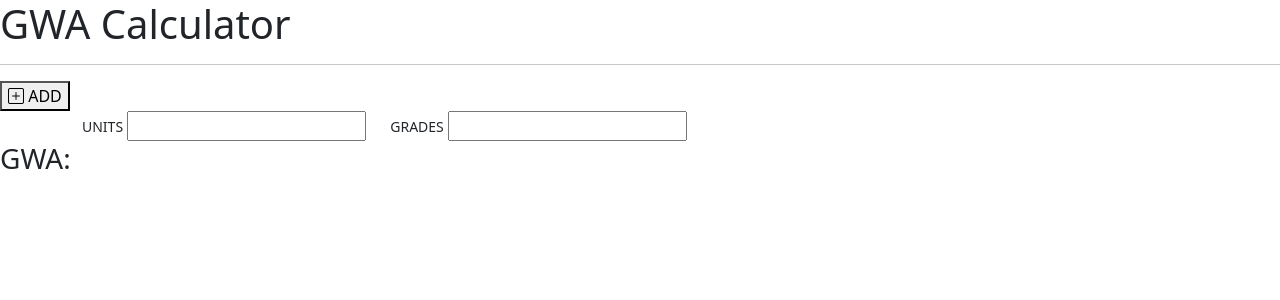
Repository: yonora/GWACalculator
Page: index.html
These files come from the project's save history. The page is drawn as it stood at one moment and after the next save; the edit follows.
The browser window is 1280 px wide. The pictures show the whole page.

Above is the page before, as saved 2025-01-04 22:51:31.

### index.html
<!DOCTYPE html>
<html lang="en">
<head>
    <meta charset="UTF-8">
    <meta name="viewport" content="width=device-width, initial-scale=1.0">
    <link rel="stylesheet" href="https://cdn.jsdelivr.net/npm/bootstrap@5.3.3/dist/css/bootstrap.min.css">
    <link rel="stylesheet" href="https://cdn.jsdelivr.net/npm/bootstrap-icons@1.11.3/font/bootstrap-icons.min.css">
    <script src="js.js"></script>
    <title>GWA Calculator</title>
</head>
<body>
    <h1>GWA Calculator</h1>
    <hr>
    <button class="col-auto add" onclick="add()"><i class="bi bi-plus-square"></i> ADD</button>
    <div class="container" id="container">
        <div class="row" class="grade-container">
            <div class="col-auto">
                <label for="units" class="col-form-label-sm">UNITS</label>
                <input type="number" class="col-form-control" id="units">
            </div>
            <div class="col-auto">
                <label for="grades" class="col-form-label-sm">GRADES</label>
                <input type="text" class="col-form-control" id="grades">
            </div>
        </div>
    </div>
    <h3>GWA: <span id="gwa"></span></h3>
</body>
</html>

### js.js
function add(){
    const container = document.getElementById('container').innerHTML;
    const cnt = 1;
    container.innerHTML +=
        `<div class="row" id="grade-container">
            <div class="col-auto">
                <label for="units" class="col-form-label-sm">UNITS</label>
                <input type="number" class="col-form-control" id="units#${cnt}">
            </div>
            <div class="col-auto">
                <label for="grades" class="col-form-label-sm">GRADES</label>
                <input type="text" class="col-form-control" id="grades#">
            </div>
        </div>`
    ;
}

function compute(){
    const gwa = document.getElementById('gwa');
    gwa.innerHTML = "Hello World";
}

After the next save:
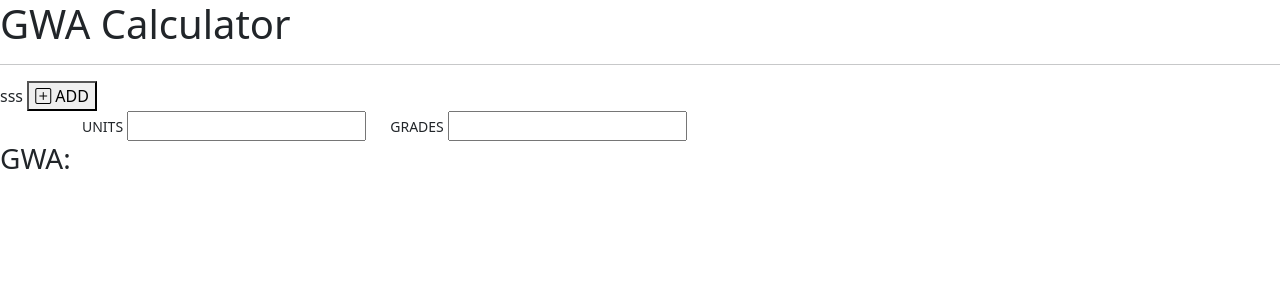
Saved 21 s later.
--- a/index.html
+++ b/index.html
@@ -10,7 +10,7 @@
 </head>
 <body>
     <h1>GWA Calculator</h1>
-    <hr>
+    <hr>sss
     <button class="col-auto add" onclick="add()"><i class="bi bi-plus-square"></i> ADD</button>
     <div class="container" id="container">
         <div class="row" class="grade-container">

After the 3 saves that followed:
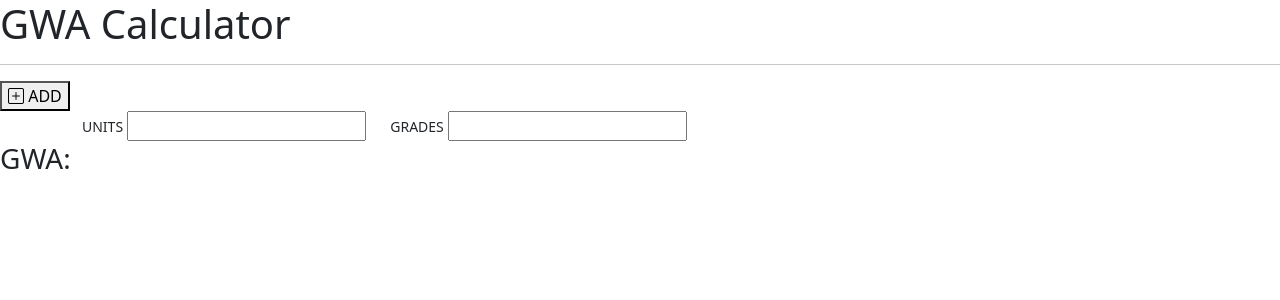
The 3 saves are shown as one change because 2 left the picture as it was.
The last was saved 67 s later.
--- a/index.html
+++ b/index.html
@@ -10,17 +10,17 @@
 </head>
 <body>
     <h1>GWA Calculator</h1>
-    <hr>sss
+    <hr>
     <button class="col-auto add" onclick="add()"><i class="bi bi-plus-square"></i> ADD</button>
     <div class="container" id="container">
         <div class="row" class="grade-container">
             <div class="col-auto">
                 <label for="units" class="col-form-label-sm">UNITS</label>
-                <input type="number" class="col-form-control" id="units">
+                <input type="number" class="col-form-control" id="units#0">
             </div>
             <div class="col-auto">
                 <label for="grades" class="col-form-label-sm">GRADES</label>
-                <input type="text" class="col-form-control" id="grades">
+                <input type="text" class="col-form-control" id="grades#0">
             </div>
         </div>
     </div>
--- a/js.js
+++ b/js.js
@@ -2,7 +2,7 @@ function add(){
     const container = document.getElementById('container').innerHTML;
     const cnt = 1;
     container.innerHTML +=
-        `<div class="row" id="grade-container">
+        `<div class="row" class="grade-container">
             <div class="col-auto">
                 <label for="units" class="col-form-label-sm">UNITS</label>
                 <input type="number" class="col-form-control" id="units#${cnt}">
